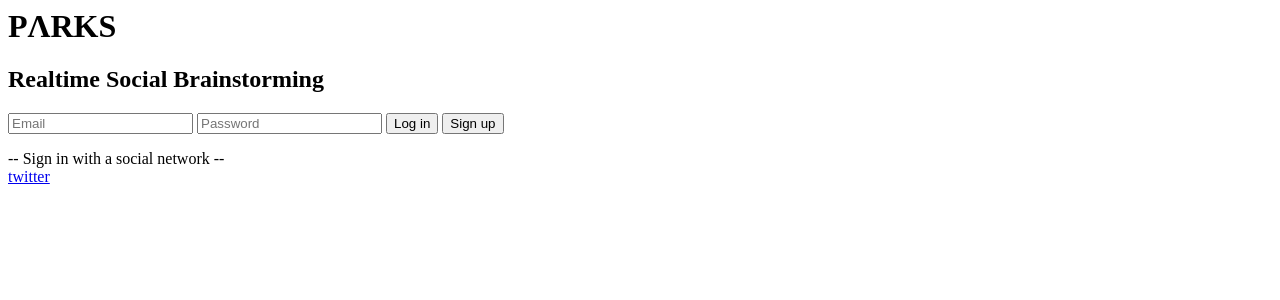
Repository: ndxbxrme/pvrks
Page: app/views/main.html
The author's editor kept a record of every edit. The page is drawn from the files as they stood at one moment, then again after the next edit.
The browser window is 1280 px wide. The pictures show the whole page.

Above is the page before.

After the next edit:
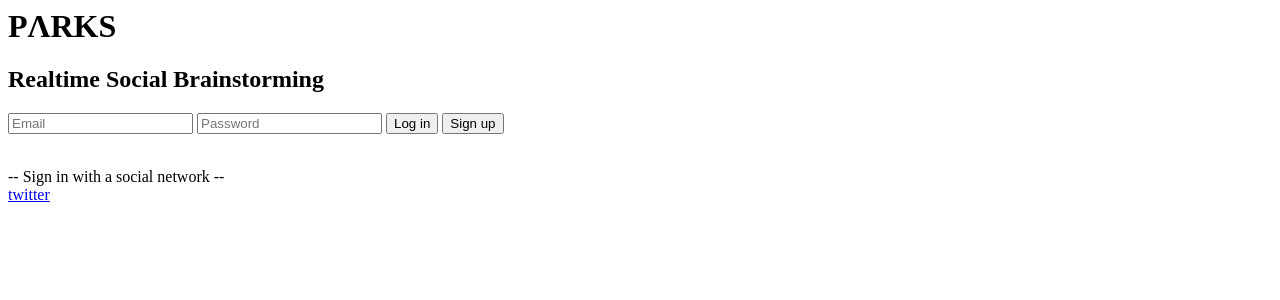
The edit:
--- a/app/views/main.html
+++ b/app/views/main.html
@@ -12,6 +12,7 @@
         <input type="button" value="Sign up" ng-click="signup()" class="btnSignup" />
       </form>
     </div>
+    <br style="clear: left" />
     <a>-- Sign in with a social network --</a>
     <div class="social">
       <a href="/api/twitter" target="_self" class="z ocial-twitter">twitter</a><a class="z ocial-facebook"></a><a class="z ocial-googleplus"></a><a class="z ocial-github"></a>
